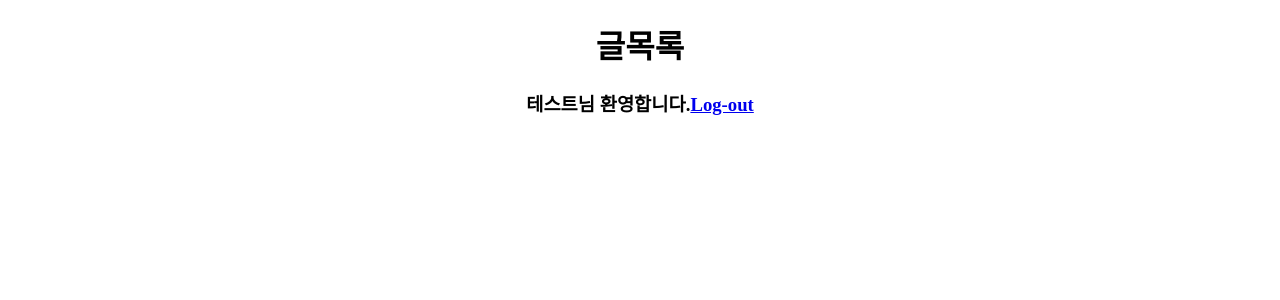
Repository: noopzzya/study_spring_globalin
Page: http://localhost/BoardWeb/getBoardList.jsp
An editor plug-in stored every save of this project. The page is shown before and after the next save, followed by the edit.
The browser window is 1280 px wide. The pictures show the whole page.
The page is served by Tomcat 9. Other server files are loaded and not shown. Queries for data that is not in the repository find no rows.

Above is the page before, as saved 2023-03-09 01:51:06.

### BoardWeb/src/main/webapp/getBoardList.jsp
<%@page import="com.globalin.biz.board.impl.BoardDAO"%>
<%@page import="com.globalin.biz.board.BoardVO"%>
<%@ page language="java" contentType="text/html; charset=UTF-8"
    pageEncoding="UTF-8"%>

<%@ page import="com.globalin.biz.user.impl.UserDAO" %>
<%@ page import="com.globalin.biz.user.UserVO" %>
<%@ page import="java.util.List" %>

<%
// 데이터베이스 연동
//BoardVO vo = new BoardVO();
BoardDAO boardDAO = new BoardDAO();
List<BoardVO> boardList = boardDAO.getBoardList();

// 응답화면 구성

%>

<!DOCTYPE html>
<html>
<head>
<meta charset="UTF-8">
<title>Insert title here</title>
</head>
<body>

<div align="center">
<h1>글목록</h1>

<h3>
	테스트님 환영합니다.<a href="logout.jsp">Log-out</a>
</h3>

</div>

</body>
</html>

### BoardWeb/src/main/java/com/globalin/biz/board/impl/BoardDAO.java
package com.globalin.biz.board.impl;

import java.sql.*;
import java.util.*;

import org.springframework.stereotype.Repository;

import com.globalin.biz.board.BoardVO;
import com.globalin.biz.common.JDBCUtil;

// DAO(Data Access Object)
@Repository("boardDAO")
public class BoardDAO {

	// JDBC 관련 변수 선언
	private Connection conn = null;
	private PreparedStatement pstmt = null;
	private ResultSet rs = null;

	// SQL 명령어들
	private final String BOARD_INSERT="insert into board(seq, title, writer, content) values((select nvl(max(seq),0)+1 from board), ?, ?, ?)";
	private final String BOARD_UPDATE="update board set title=?, content=? where seq=?";
	private final String BOARD_DELETE="delete from board where seq=?";
	private final String BOARD_GET="select * from board where seq=?";
	private final String BOARD_LIST="select * from board order by seq desc";
	private final String BOARD_LIST_T="select * from board where title like '%'||?||'%' order by seq desc";
	private final String BOARD_LIST_C="select * from board where content like '%'||?||'%' order by seq desc";

	// CRUD 메소드 구현
	// 글 등록
	public void insertBoard(BoardVO vo) {

		System.out.println("====> JDBC로 insertBoard() 기능 처리.");

		try {

			conn = JDBCUtil.getConnection();
			pstmt = conn.prepareStatement(BOARD_INSERT);
			pstmt.setString(1, vo.getTitle());
			pstmt.setString(2, vo.getWriter());
			pstmt.setString(3, vo.getContent());
			rs = pstmt.executeQuery();

		}catch(Exception e) {
			e.printStackTrace();
		}finally {
			JDBCUtil.close(rs, pstmt, conn);
		}


	}


	// 글 수정
	public void updateBoard(BoardVO vo) {

		System.out.println("====> JDBC로 updateBoard() 기능 처리.");

		try {
			conn = JDBCUtil.getConnection();
			pstmt = conn.prepareStatement(BOARD_UPDATE);
			pstmt.setString(1, vo.getTitle());
			pstmt.setString(2, vo.getContent());
			pstmt.setInt(3, vo.getSeq());
			pstmt.executeUpdate();

		}catch(Exception e) {
			e.printStackTrace();
		}finally {
			JDBCUtil.close(rs, pstmt, conn);
		}



	}


	// 글 삭제
	public void deleteBoard(BoardVO vo) {

		System.out.println("====> JDBC로 deleteBoard() 기능 처리.");

		try {

			conn = JDBCUtil.getConnection();
			pstmt = conn.prepareStatement(BOARD_DELETE);
			pstmt.setInt(1, vo.getSeq());
			rs = pstmt.executeQuery();

		}catch(Exception e) {
			e.printStackTrace();
		}finally {
			JDBCUtil.close(rs, pstmt, conn);
		}



	}


	// 글 상세조회
	public BoardVO getBoard(BoardVO vo) {

		System.out.println("====> JDBC로 getBoard() 기능 처리.");
		BoardVO board = null;

		try {

			conn = JDBCUtil.getConnection();
			pstmt = conn.prepareStatement(BOARD_GET);
			pstmt.setInt(1, vo.getSeq());
			rs = pstmt.executeQuery();

			if(rs.next()) {
				board = new BoardVO();
				board.setSeq(rs.getInt("seq"));
				board.setTitle(rs.getString("title"));
				board.setWriter(rs.getString("writer"));
				board.setContent(rs.getString("content"));
				board.setRegDate(rs.getDate("regDate"));
				board.setCnt(rs.getInt("cnt"));
			}

		}catch(Exception e) {
			e.printStackTrace();
		}finally {
			JDBCUtil.close(rs, pstmt, conn);
		}


		return board;
	}

	// 글 목록조회
	public List<BoardVO> getBoardList(BoardVO vo) {

		System.out.println("====> JDBC로 getBoardList() 기능 처리.");
		List<BoardVO> boardList = new ArrayList<BoardVO>();
		BoardVO board = null;
		try {

			conn = JDBCUtil.getConnection();
			if(vo.getSearchCondition().equals("TITLE")) {
				pstmt = conn.prepareStatement(BOARD_LIST_T);
			}else if(vo.getSearchCondition().equals("CONTENT")) {
				pstmt = conn.prepareStatement(BOARD_LIST_C);
			}
			pstmt.setString(1, vo.getSearchKeyword());

			// pstmt = conn.prepareStatement(BOARD_LIST);
			rs = pstmt.executeQuery();

			while(rs.next()) {
				board = new BoardVO();
				board.setSeq(rs.getInt("seq"));
				board.setTitle(rs.getString("title"));
				board.setWriter(rs.getString("writer"));
				board.setContent(rs.getString("content"));
				board.setRegDate(rs.getDate("regDate"));
				board.setCnt(rs.getInt("cnt"));
				boardList.add(board);
			}

		}catch(Exception e) {
			e.printStackTrace();
		}finally {
			JDBCUtil.close(rs, pstmt, conn);
		}

		return boardList;
	}
}

### BoardWeb/src/main/java/com/globalin/biz/common/JDBCUtil.java
package com.globalin.biz.common;

import java.sql.*;

public class JDBCUtil {

	public static Connection getConnection() {

		try {
			Class.forName("oracle.jdbc.driver.OracleDriver");
			return DriverManager.getConnection("jdbc:oracle:thin:@localhost:1521:orcl", "scott", "tiger");
		}catch(Exception e) {
			e.printStackTrace();
		}
		return null;
	}

	public static void close(PreparedStatement pstmt, Connection conn) {

		if(pstmt!=null) {
			try {
				if(!pstmt.isClosed())
					pstmt.close();
			}catch(Exception e) {
				e.printStackTrace();
			}finally {
				pstmt = null;
			}
		}

		if(conn!=null) {
			try {
				if(!conn.isClosed())
					conn.close();
			}catch(Exception e) {
				e.printStackTrace();
			}finally {
				conn = null;
			}
		}
	}

	public static void close(ResultSet rs, PreparedStatement pstmt, Connection conn) {

		if(rs!=null) {
			try {
				if(!rs.isClosed())
					rs.close();
			}catch(Exception e) {
				e.printStackTrace();
			}finally {
				rs = null;
			}
		}

		if(pstmt!=null) {
			try {
				if(!pstmt.isClosed())
					pstmt.close();
			}catch(Exception e) {
				e.printStackTrace();
			}finally {
				pstmt = null;
			}
		}

		if(conn!=null) {
			try {
				if(!conn.isClosed())
					conn.close();
			}catch(Exception e) {
				e.printStackTrace();
			}finally {
				conn = null;
			}
		}
	}
}

After the next save:
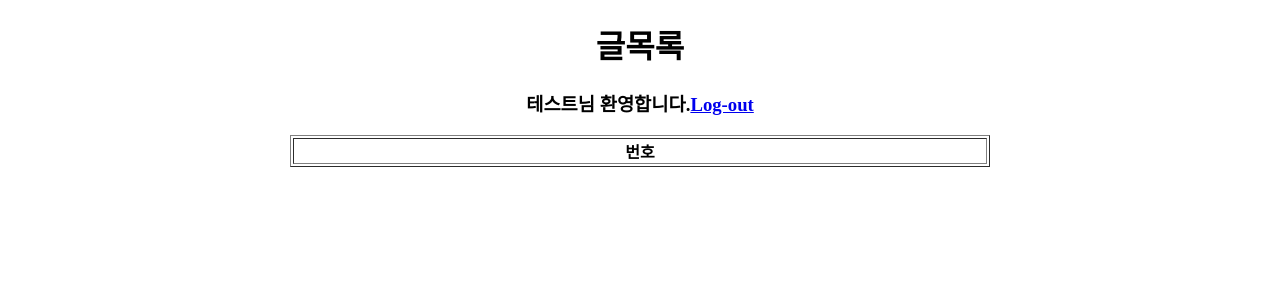
Saved 2 min 0 s later.
--- a/BoardWeb/src/main/webapp/getBoardList.jsp
+++ b/BoardWeb/src/main/webapp/getBoardList.jsp
@@ -32,6 +32,12 @@ List<BoardVO> boardList = boardDAO.getBoardList();
 	테스트님 환영합니다.<a href="logout.jsp">Log-out</a>
 </h3>
 
+<table border="1" cellpadding="0" cellspacint="0" width="700">
+	<tr>
+		<th>번호</th>
+	</tr>
+</table>
+
 </div>
 
 </body>
